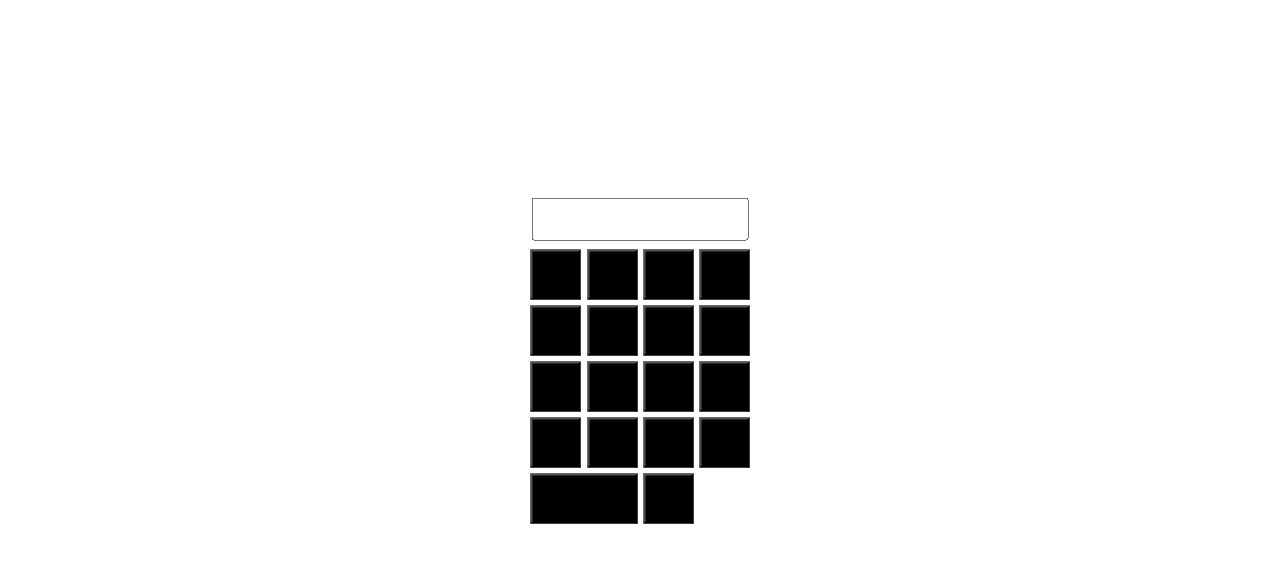
Repository: lacey-crenshaw/calculator
Page: index.html
These files come from the project's save history. The page is drawn as it stood at one moment and after the next save; the edit follows.
The browser window is 1280 px wide. The pictures show the whole page.

Above is the page before, as saved 2020-02-14 10:02:11.

After the next save:
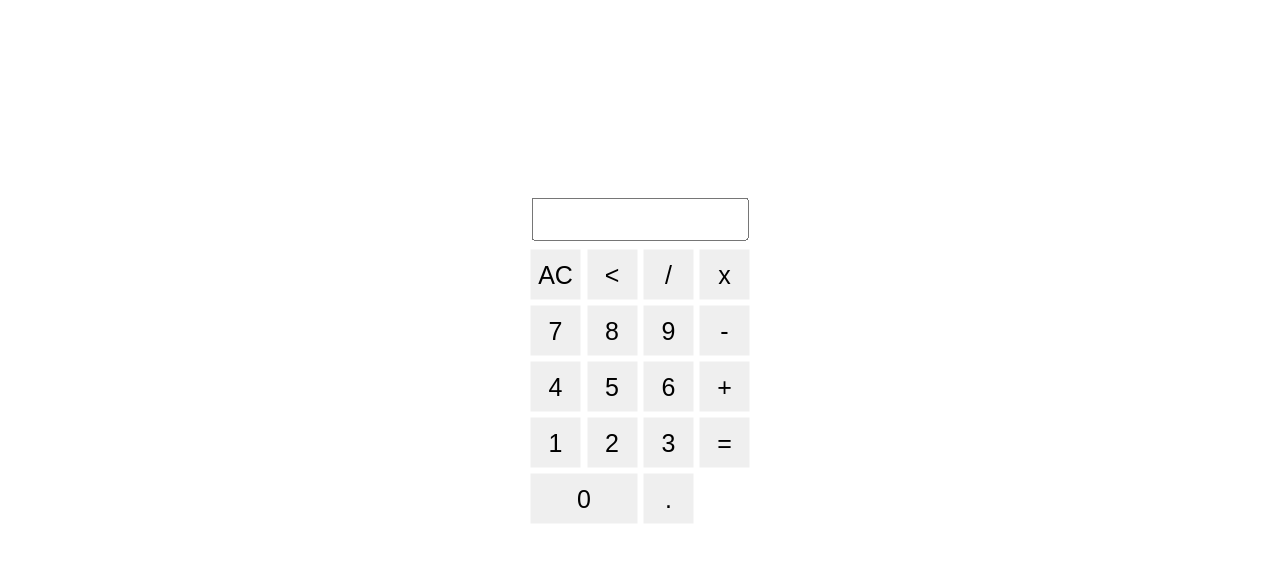
Saved 14 s later.
--- a/style.css
+++ b/style.css
@@ -9,7 +9,8 @@
     font-size: 25;
     margin: 2;
     cursor: pointer;
-    background: black;
+    background: ;
+    border: none;
 }
 
 .textview {
